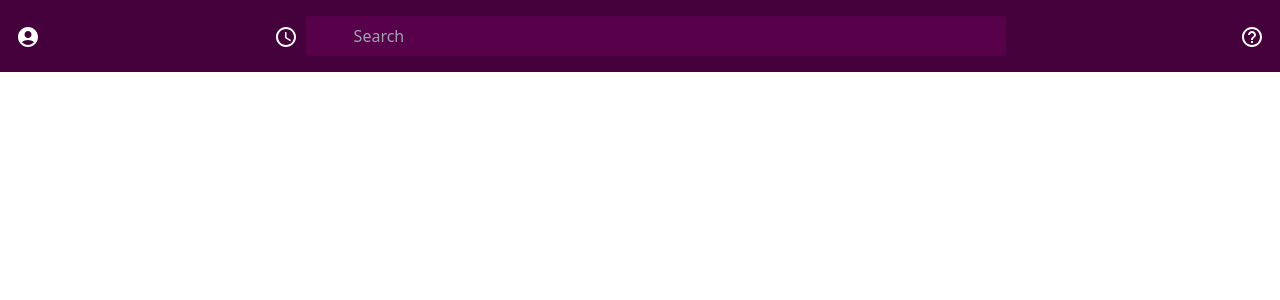
Repository: Shamraiz761/Slack_clone
Page: /
An editor plug-in stored every save of this project. The page is shown before and after the next save, followed by the edit.
The browser window is 1280 px wide. The pictures show the whole page.
The project was rebuilt for these pictures with package versions that can differ from the ones it lists, and the page was loaded fresh each time. Also part of the build but not shown: vite.config.js.

Above is the page before, as saved 2024-01-14 18:22:57.

### src/App.jsx

import React from 'react'
import Header from './components/header/Header'
function App() {

  return (
   <div>
    <Header />
   </div>
  )
}

export default App

### src/components/header/Header.jsx
import React from 'react'
import AccessTimeIcon from '@mui/icons-material/AccessTime';
import HelpOutlineIcon from '@mui/icons-material/HelpOutline';
import AccountCircleIcon from '@mui/icons-material/AccountCircle';
function Header() {
  return (
    <nav className="bg-[#45013b] p-4" style={{background:''}}>
      <div className="container mx-auto flex items-center sm:justify-between">
        {/* Left logos */}

          {/* Left logo */}
          <div className=" sm:mr-4 hidden sm:block">
          <AccountCircleIcon className='text-white text-larger hidden sm:block' />

          </div>





        <div className="w-full flex justify-center items-center">
        <div className="mr-2">
            <AccessTimeIcon className='text-white'/>


          </div>
          <input
            type="text"
            placeholder="Search"
            className=" p-2 px-12 bg-[#57014a] text-white border-none rounded w-32 md:w-3/5"
          />
        </div>

        {/* Right logos */}
        <div className="flex items-center">

          <div className="ml-4">
            <HelpOutlineIcon className='text-white'/>

          </div>
        </div>
      </div>
    </nav>
  )
}

export default Header

Loaded but not shown: index.html (common file); src/main.jsx (common file); src/index.css (common file); tailwind.config.js (common file)

After the next save:
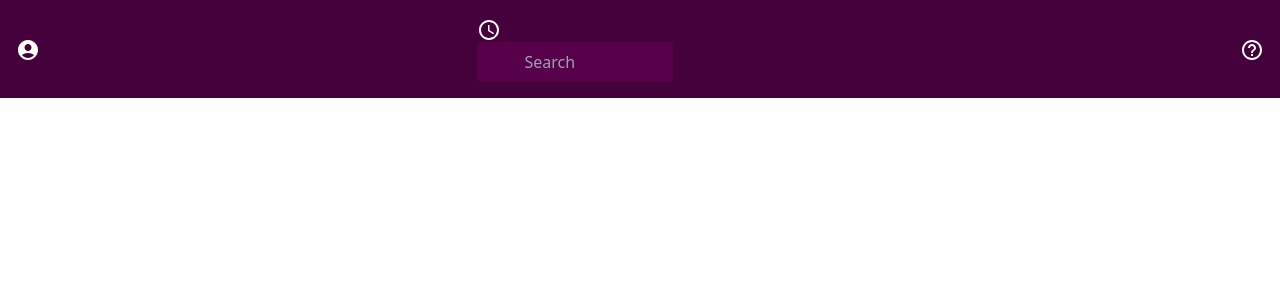
Saved 22 s later.
--- a/src/components/header/Header.jsx
+++ b/src/components/header/Header.jsx
@@ -18,7 +18,7 @@
 
 
 
-        <div className="w-full flex justify-center items-center">
+        <div className="">
         <div className="mr-2">
             <AccessTimeIcon className='text-white'/>
 

After the save that followed:
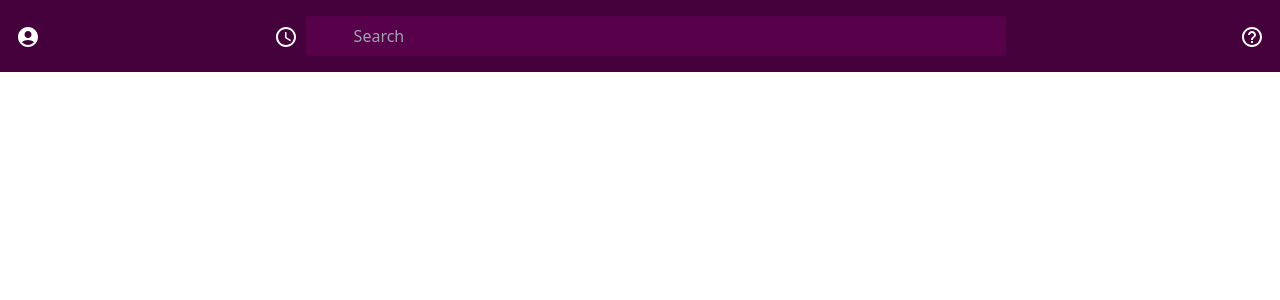
Saved 8 s later.
--- a/src/components/header/Header.jsx
+++ b/src/components/header/Header.jsx
@@ -18,7 +18,7 @@
 
 
 
-        <div className="">
+        <div className="w-full flex justify-center items-center">
         <div className="mr-2">
             <AccessTimeIcon className='text-white'/>
 
